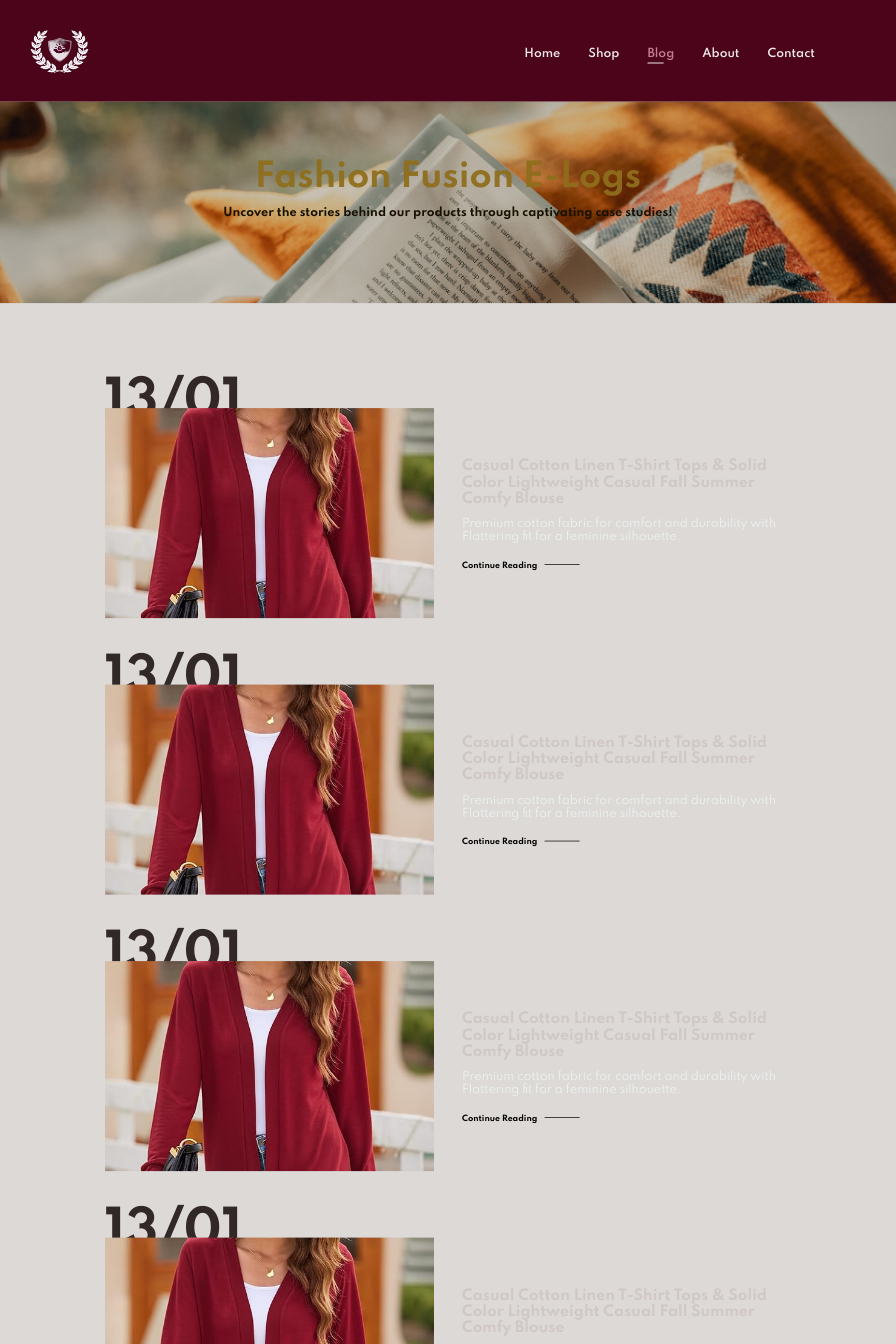
Repository: JhananiNallasamy/ECommerce-website-deployment
Page: blog.html
The author's editor kept a copy of each file at every save. The page is drawn from the files as they stood at one save, then again after the next save.
The browser window is 1280 px wide. The pictures show the part of the page from y = 0 to 1920 px (the page is 3598 px tall), at 70% of full size.
Some web libraries are served in a nearby version.

Above is the page before, as saved 2024-05-05 10:29:02.

After the next save:
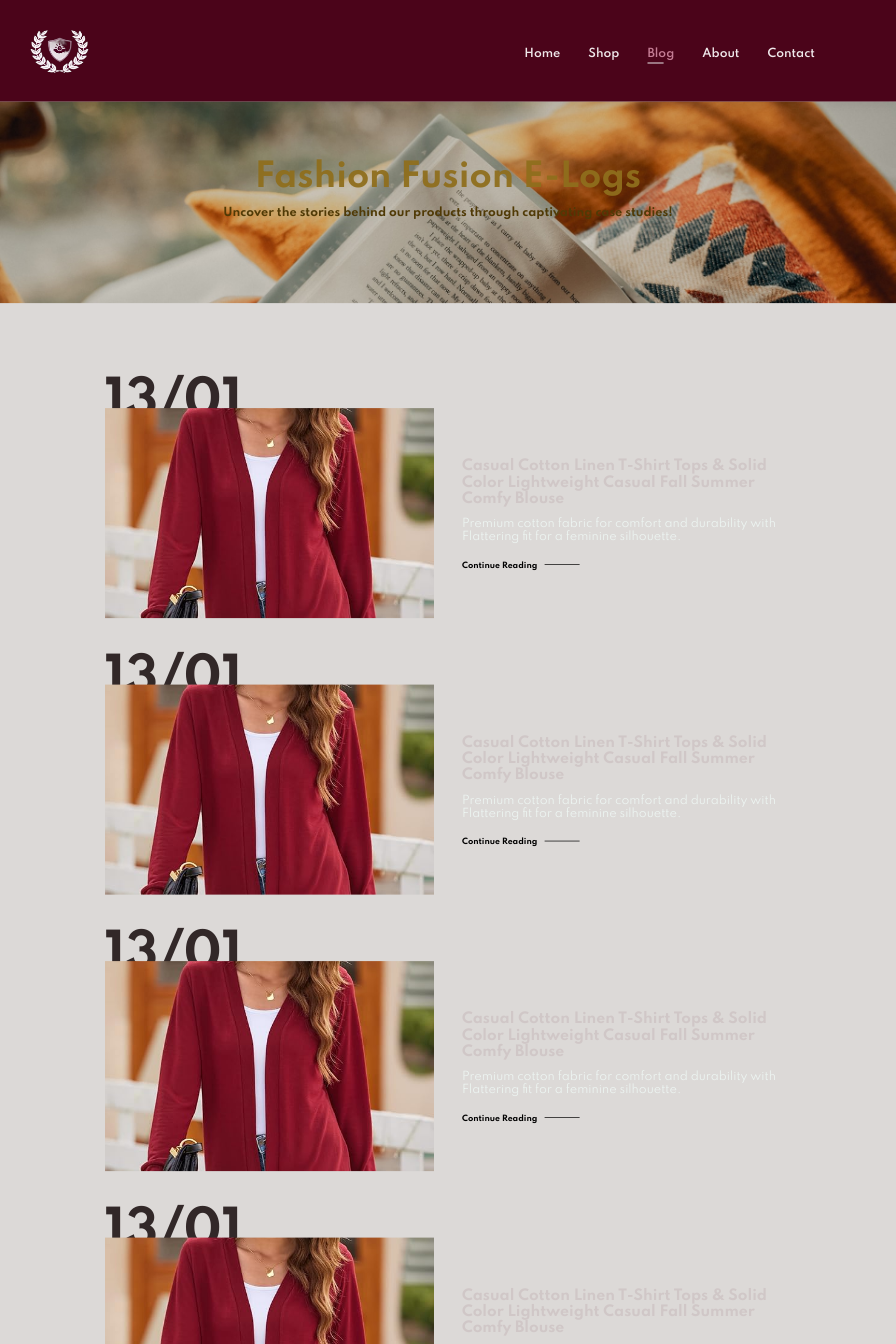
Saved 8 s later.
--- a/blog.html
+++ b/blog.html
@@ -34,7 +34,7 @@
     <section id="page-header" class="blog-header">
 
         <h2 style="color: #8f6e1df1">Fashion Fusion E-Logs</h2>
-        <p style="color: #181100; font-weight: bold;">Uncover the stories behind our products through captivating case studies!</p><br>
+        <p style="color: #503a06; font-weight: bold;">Uncover the stories behind our products through captivating case studies!</p><br>
     </section>
 
     <section id="blog">
